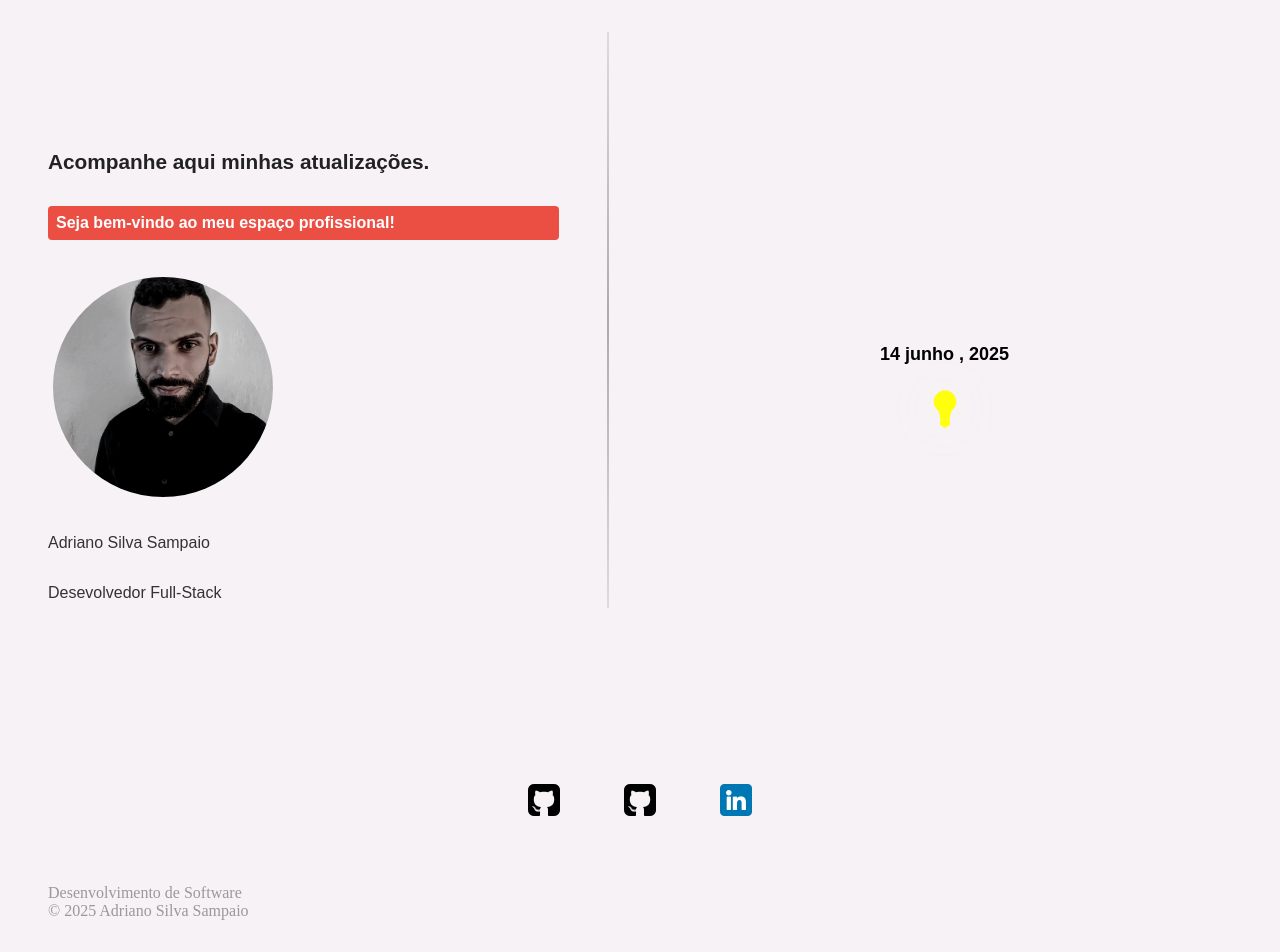
Repository: umdevadriano/portifolio2025
Page: /
The author's editor kept a copy of each file at every save. The page is drawn from the files as they stood at one save, then again after the next save.
The browser window is 1280 px wide. The pictures show the whole page.
The project was rebuilt for these pictures with package versions that can differ from the ones it lists, and the page was loaded fresh each time. Also part of the build but not shown: vite.config.ts.

Above is the page before, as saved 2025-06-29 21:26:43.

### index.html
<!doctype html>
<html lang="en">
  <head>
    <meta charset="UTF-8" />
    <!-- <link rel="icon" type="image/svg+xml" href="/vite.svg" /> -->
    <meta name="viewport" content="width=device-width, initial-scale=1.0" />
    <title>Adriano Silva Sampaio </title>
  </head>
  <body>
    <div id="root"></div>
    <script type="module" src="/src/main.tsx"></script>
  </body>
</html>

### src/App.tsx
import './App.css'
import ContainerPrincipal from './componentes/containerPrincipal/ContainerPrincipal'
function App() {
  return (
    <>
      <ContainerPrincipal/>
    </>
  )
}

export default App

### src/componentes/containerPrincipal/ContainerPrincipal.tsx
import styled, { createGlobalStyle } from 'styled-components';
import Body from '../Body/Body';
import Footer from '../Footer/Footer';
import RedesSociais from '../redesSociais/redesSociais';
import github from '../redesSociais/github.png';
import linkedin from '../redesSociais/linkedin.png';
// import ProfessionalStory from '../ProfessionalStory/ProfessionalStory';

const data = new Date();
const ano = data.getFullYear();
function ContainerPrincipal() {

  const redes = [
    { src: github, link: 'https://github.com/adrianodisam' },
    { src: github, link: 'https://github.com/umdevadriano' },
    { src: linkedin, link: 'https://www.linkedin.com/in/adriano-silva-sampaio/' }
  ];
  const GlobalStyle = createGlobalStyle`
    *, *::before, *::after {
    box-sizing: border-box;
    background-color: #f7f2f6;
    margin: 1rem;
  }

    html, body {
      margin: 0;
      padding: 0;
      overflow-x: hidden;
      width: 100%;
    }
  `;

  const Principal = styled.div`
    display: flex;
    justify-content: center;
    width: 100%;
    height: 100vh;
    font-family: 'Arial', sans-serif;
    overflow: hidden;
    margin: 0;
    padding: 0;

    @media (max-width: 768px) {
      display: flex;
      flex-direction: column;
      justify-items: center;
      justify-content: center;
      align-items: center;
    }


  `;
  return (
    <>
      <GlobalStyle />
      <Principal>
        <Body/>
      </Principal>
      <RedesSociais redes={redes}/>
      {/* <ProfessionalStory/> */}
      <Footer>Desenvolvimento de Software<br />© {ano} Adriano Silva Sampaio</Footer>
    </>
  )
}
export default ContainerPrincipal

### src/componentes/Body/Body.tsx
import Principal from '../Principal/Principal';
import Title from '../Title/Title';
import Banner from '../Banner/Banner';
import ProfileWrapper from '../ProfileWrapper/ProfileWrapper';
import Profile from '../Profile/Profile';
import Role from '../Role/Role';
import Divider from '../Divider/Divider';
import RightSide from '../RightSide/RightSide';
import DateComponente from '../DateComponente/DateComponente';
import EmDesenvolvimento from '../EmDesenvolvimentoWrapper/EmDesenvolvimentoWrapper ';
import LampadaAnimada from '../LampadaAnimada/LampadaAnimada';
const data = new Date();
const dia = String(data.getDate()).padStart(2, '0');
const mes = data.toLocaleString('pt-BR', { month: 'long' });
const ano = data.getFullYear();

function Cabecalho() {
  return (
    <>
      <Principal>
        <Title>Acompanhe aqui minhas atualizações.</Title>
        <Banner>Seja bem-vindo ao meu espaço profissional!</Banner>
        <ProfileWrapper>
          <Profile/>
        </ProfileWrapper>
        <Role> Adriano Silva Sampaio</Role>
        <Role> Desevolvedor  Full-Stack </Role>
      </Principal>
      <Divider />
      <RightSide>
        <DateComponente>{dia}  {mes} , {ano} </DateComponente>
        <LampadaAnimada/>
        {/* <Title>Acompanhe aqui minhas atualizações.</Title> */}

        {/* <EmDesenvolvimento/> */}
      </RightSide>
    </>
  )
}
export default Cabecalho

### src/componentes/Footer/Footer.tsx
import styled from 'styled-components';

type Props = {
  children: React.ReactNode;
};

function Footer({ children }: Props){

    const FooterP = styled.p`
        font-size: 1rem;
        color: #999;
        /* margin-top: auto; */
    `;
    const FooterDiv = styled.div`
       display: flex;
       justify-content: left;
       align-items: center;
    `;
    return (
        <>
            <FooterDiv>
                <FooterP>{children}</FooterP>
            </FooterDiv>
        </>
    )
}

export default Footer

### src/componentes/redesSociais/redesSociais.tsx
import styled from 'styled-components';

type RedeSocial = {
  src: string;
  link: string;
};

type Props = {
  redes: RedeSocial[];
};

const RedesSociaisDiv = styled.div`
  flex: 1;
  display: flex;
  justify-content: center;
  align-items: center;

  img {
    width: 2rem;
    height: 2rem;
    object-fit: contain;
    transition: transform 0.2s;
  }

  a:hover img {
    transform: scale(1.1);
  }
`;

function RedesSociais({ redes }: Props) {
  return (
    <RedesSociaisDiv>
      {redes.map((rede, index) => (
        <a
          key={index}
          href={rede.link}
          target="_blank"
          rel="noopener noreferrer"
        >
          <img src={rede.src} alt={`Ícone ${index + 1}`} />
        </a>
      ))}
    </RedesSociaisDiv>
  );
}

export default RedesSociais;

### src/componentes/Principal/Principal.tsx
import styled from 'styled-components';

type Props = {
  children: React.ReactNode;
};

function Principal({ children }: Props){

    const Principal_div = styled.div`
        flex: 1;
        display: flex;
        flex-direction: column;
        justify-content: center;
    `;
    return (
        <>
        <Principal_div>  {children}</Principal_div>
        </>
    )
}

export default Principal

### src/componentes/Title/Title.tsx
import styled from 'styled-components';

type Props = {
  children: React.ReactNode;
};

function Title({ children }: Props){

    const TitleH2 = styled.h2`
        font-size: 1.3rem;
        margin-bottom: 1rem;
        color: #222;

        @media (max-width: 768px) {
          margin-top: 5rem;
        }
  `;
    return (
        <>
        <TitleH2>{children}</TitleH2>
        </>
    )
}

export default Title

### src/componentes/Banner/Banner.tsx
import styled from 'styled-components';

type Props = {
  children: React.ReactNode;
};

function Banner({ children }: Props){

    const BannerDiv = styled.div`
        background-color: #eb4f44;
        color: white;
        padding: 0.5rem;
        font-weight: bold;
        font-size: 16px;
        display: inline-block;
        border-radius: 4px;
    `;
    return (
        <>
        <BannerDiv>{children}</BannerDiv>
        </>
    )
}

export default Banner

### src/componentes/ProfileWrapper/ProfileWrapper.tsx
import styled from 'styled-components';

type Props = {
  children: React.ReactNode;
};

function ProfileWrapper({ children }: Props){

  // Wrapper da imagem com efeito de borda girando
  const ProfileWrapperDiv = styled.div`
    position: relative;
    width: 230px;
    height: 230px;
    display: flex;
    align-items: center;
    margin-top:1rem;
    justify-content: center;
  `;

    return (
        <>
        <ProfileWrapperDiv>{children}</ProfileWrapperDiv>
        </>
    )
}

export default ProfileWrapper

### src/componentes/Profile/Profile.tsx
import styled from 'styled-components';
import foto from '../assets/foto2.png'

function Profile(){

    const ProfileImg = styled.img`
        width: 220px;
        height: 220px;
        border-radius: 50%;
        object-fit: cover;
        background-color: white;
        z-index: 1;
        filter: grayscale(60%) contrast(110%);
        @media (max-width: 768px) {
            width: 200px;
            height: 200px;
        }
        @media (max-width: 480px) {
            width: 200px;
            height: 200px;
        }
    `;
    return (
        <>
        <ProfileImg src={foto} alt="Foto de perfil"></ProfileImg>
        </>
    )
}

export default Profile

### src/componentes/Role/Role.tsx
import styled from 'styled-components';

type Props = {
  children: React.ReactNode;
};

function Role({ children }: Props){
    const RoleP = styled.p`
        font-size: 16px;
        font-weight: 500;
        color: #333;
    `;
    return (
        <>
        <RoleP>{children}</RoleP>
        </>
    )
}
export default Role

### src/componentes/Divider/Divider.tsx
import styled from 'styled-components';

function Divider(){

    const DividerDiv = styled.div`
        width: 2px;
        height: 80%;
        background: linear-gradient(
            to bottom,
            rgba(0, 0, 0, 0.1),
            rgba(0, 0, 0, 0.3),
            rgba(0, 0, 0, 0.1)
        );
        border-radius: 1px;
        position: relative;
        overflow: hidden;
        &::after {
            content: "";
            position: absolute;
            top: 0;
            left: 0;
            width: 100%;
            height: 100%;
            background: linear-gradient(
                to bottom,
                transparent 40%,
                rgba(255, 255, 255, 0.7) 50%,
                transparent 60%
            );
                animation: shine 3.8s linear infinite;
                pointer-events: none;
         }

        @keyframes shine {
            0% {
            transform: translateY(-100%);
            }
            100% {
            transform: translateY(100%);
            }
        }
    `;
    return (
        <>
        <DividerDiv></DividerDiv>
        </>
    )
}

export default Divider

### src/componentes/RightSide/RightSide.tsx
import styled from 'styled-components';
type Props = {
  children: React.ReactNode;
};

function RightSide({ children }: Props){
    const RightSideDiv = styled.div`
        flex: 1;
        padding: 2rem;
        display: flex;
        flex-direction: column;
        justify-content: center;
        align-items: center;
    `;

    return (
        <>
        <RightSideDiv>{children}</RightSideDiv>
        </>
    )
}

export default RightSide

### src/componentes/DateComponente/DateComponente.tsx
import styled from 'styled-components';
type Props = {
  children: React.ReactNode;
};
function Date({ children }: Props){
    const DateP = styled.p`
        font-size: 18px;
        font-weight: bold;
        margin-bottom: 12px;
        padding: 0.5rem;
    `;
    return (
        <>
        <DateP>{children}</DateP>
        </>
    )
}
export default Date

### src/componentes/LampadaAnimada/LampadaAnimada.tsx
import React from "react";
import styled, { keyframes } from "styled-components";

interface LuzProps {
  className?: string;
}

const glowAnimation = keyframes`
  0%, 100% {
    filter: url(#glow);
    opacity: 0.5;
  }
  50% {
    filter: url(#glow);
    opacity: 1;
  }
`;

const SvgLamp = styled.svg`
  width: 3rem;
  height: 3rem;
  cursor: pointer;
  display: block;
  margin: 0 auto;
  animation: ${glowAnimation} 4s ease-in-out infinite;
  background-color: #f7f2f6;

  .st0 {
   fill:#ffff00;
     stroke-width: 10;
  }
  .st1 {
     stroke: #ffff00;
    stroke-width: 10;
    fill: none;
    transition: stroke 0.3s ease;
  }
`;

const LampadaAnimada: React.FC<LuzProps> = ({ className }) => {
  return (
    <SvgLamp
      xmlns="http://www.w3.org/2000/svg"
      viewBox="0 0 1920 1920"
      className={className}
    >
      <defs>
        <filter id="glow" height="200%" width="200%" x="-50%" y="-50%">
          <feDropShadow
            dx="0"
            dy="0"
            stdDeviation="20"
            floodColor="#f7f2f6"
            floodOpacity="0.7"
          />
        </filter>
      </defs>

      <path
        className="st0"
        d="M1407.3 664.2c0 73.7-17.8 143.3-49.4 204.6-31.6 61.3-76.9 114.4-131.9 155.1 0 0-78 193.7-78 344.1H772.1c0-75.2-19.5-161.2-39-228.4-19.5-67.2-39-115.6-39-115.6-110-81.5-181.4-212.3-181.4-359.7C512.7 417.3 713 217 960 217s447.3 200.2 447.3 447.2z"
      />
      <path
        className="st0"
        d="M1057.3 1615.8v23.7c0 35-28.6 63.6-63.6 63.6h-67.5c-35 0-63.6-28.6-63.6-63.6v-23.7h194.7zm-285.2-82.6v82.6h375.4v-82.6H772.1zm0-82.6v82.6h375.3v-82.6H772.1zM960 1368H772.1v82.6h375.3V1368H960z"
      />
      <g>
        <g>
          <path
            className="st1"
            d="M1147.5 1368h.4c0-150.3 78-344.1 78-344.1 55-40.7 100.4-93.8 131.9-155.1 31.6-61.3 49.4-130.9 49.4-204.6 0-247-200.3-447.3-447.3-447.3S512.7 417.2 512.7 664.2c0 147.4 71.3 278.2 181.4 359.7 0 0 19.5 48.4 39 115.6 19.5 67.2 39 153.2 39 228.4h375.4z"
          />
          <path className="st1" d="M772.1 1368v247.8h375.4V1368" />
          <path className="st1" d="M772.1 1450.6h375.4" />
          <path className="st1" d="M772.1 1533.2h375.4" />
          <path
            className="st1"
            d="M862.7 1615.8v23.7c0 35 28.6 63.6 63.6 63.6h67.5c35 0 63.6-28.6 63.6-63.6v-23.7"
          />
          <path className="st1" d="M267.3 722.8h96" />
          <path className="st1" d="M498.3 1052.8l-160.5 160.5" />
          <path className="st1" d="M448.8 341.8L315.3 208.2" />
          <path className="st1" d="M1652.7 722.8h-96" />
          <path className="st1" d="M1421.7 1052.8l160.5 160.5" />
          <path className="st1" d="M1471.2 341.8l133.5-133.6" />
        </g>
      </g>
    </SvgLamp>
  );
};

export default LampadaAnimada;

Loaded but not shown: src/main.tsx (common file); src/App.css (no stored copy; drawn as an empty file); src/index.css (no stored copy; drawn as an empty file)

After the next save:
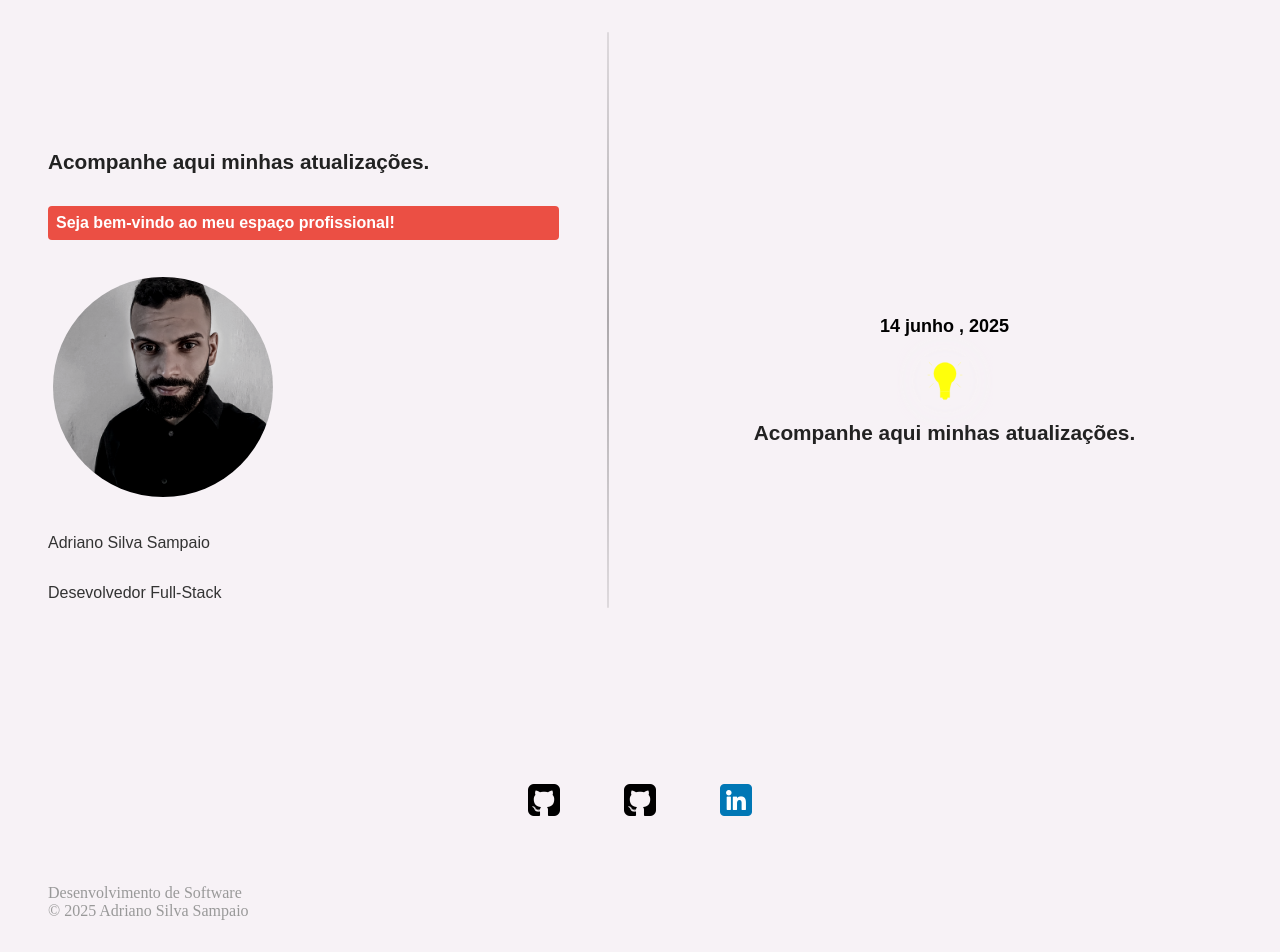
Saved 36 s later.
--- a/src/componentes/Body/Body.tsx
+++ b/src/componentes/Body/Body.tsx
@@ -30,7 +30,7 @@
       <RightSide>
         <DateComponente>{dia}  {mes} , {ano} </DateComponente>
         <LampadaAnimada/>
-        {/* <Title>Acompanhe aqui minhas atualizações.</Title> */}
+        <Title>Acompanhe aqui minhas atualizações.</Title>
 
         {/* <EmDesenvolvimento/> */}
       </RightSide>

After the save that followed:
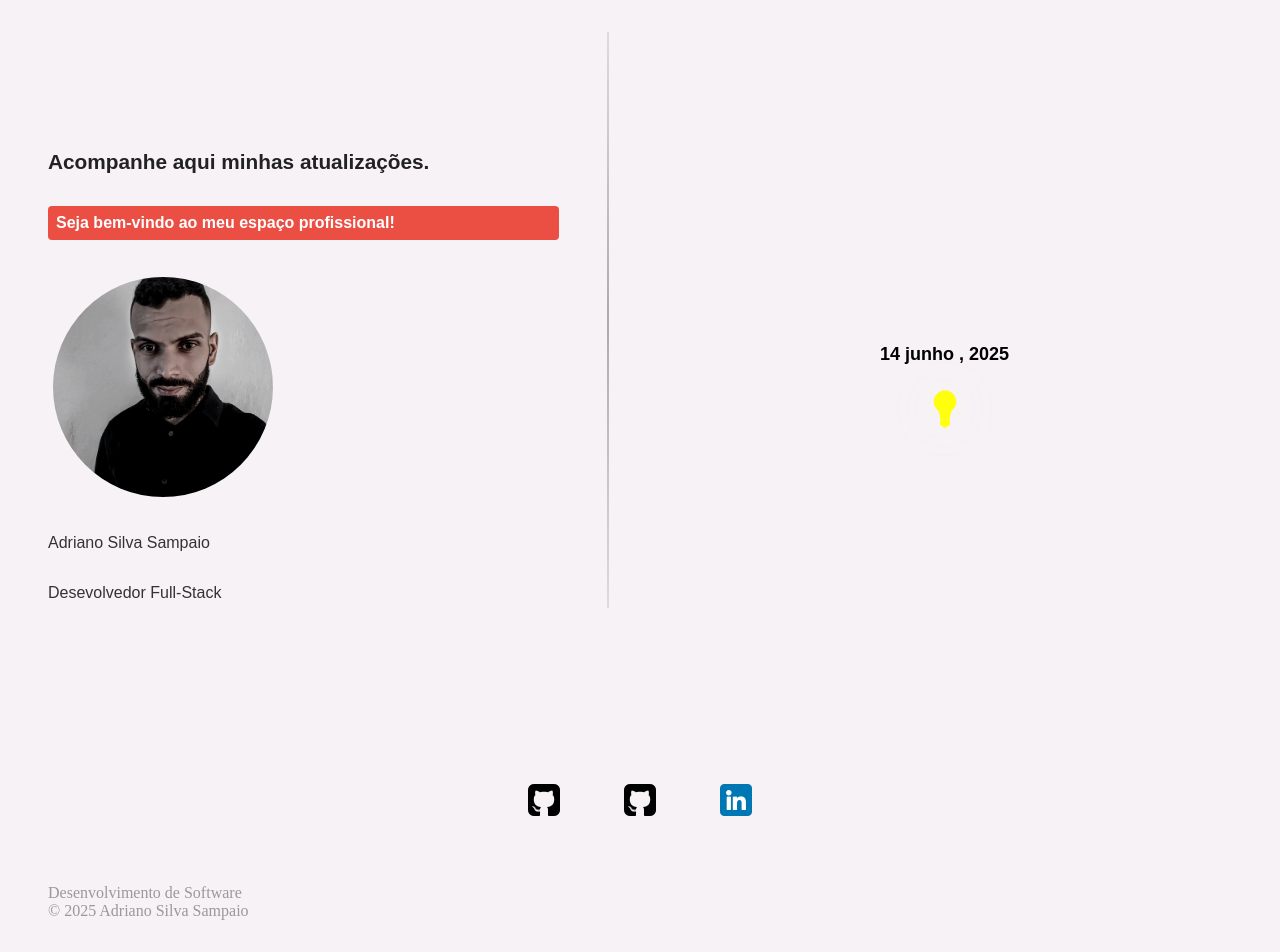
Saved 19 s later.
--- a/src/componentes/Body/Body.tsx
+++ b/src/componentes/Body/Body.tsx
@@ -30,7 +30,6 @@
       <RightSide>
         <DateComponente>{dia}  {mes} , {ano} </DateComponente>
         <LampadaAnimada/>
-        <Title>Acompanhe aqui minhas atualizações.</Title>
 
         {/* <EmDesenvolvimento/> */}
       </RightSide>
